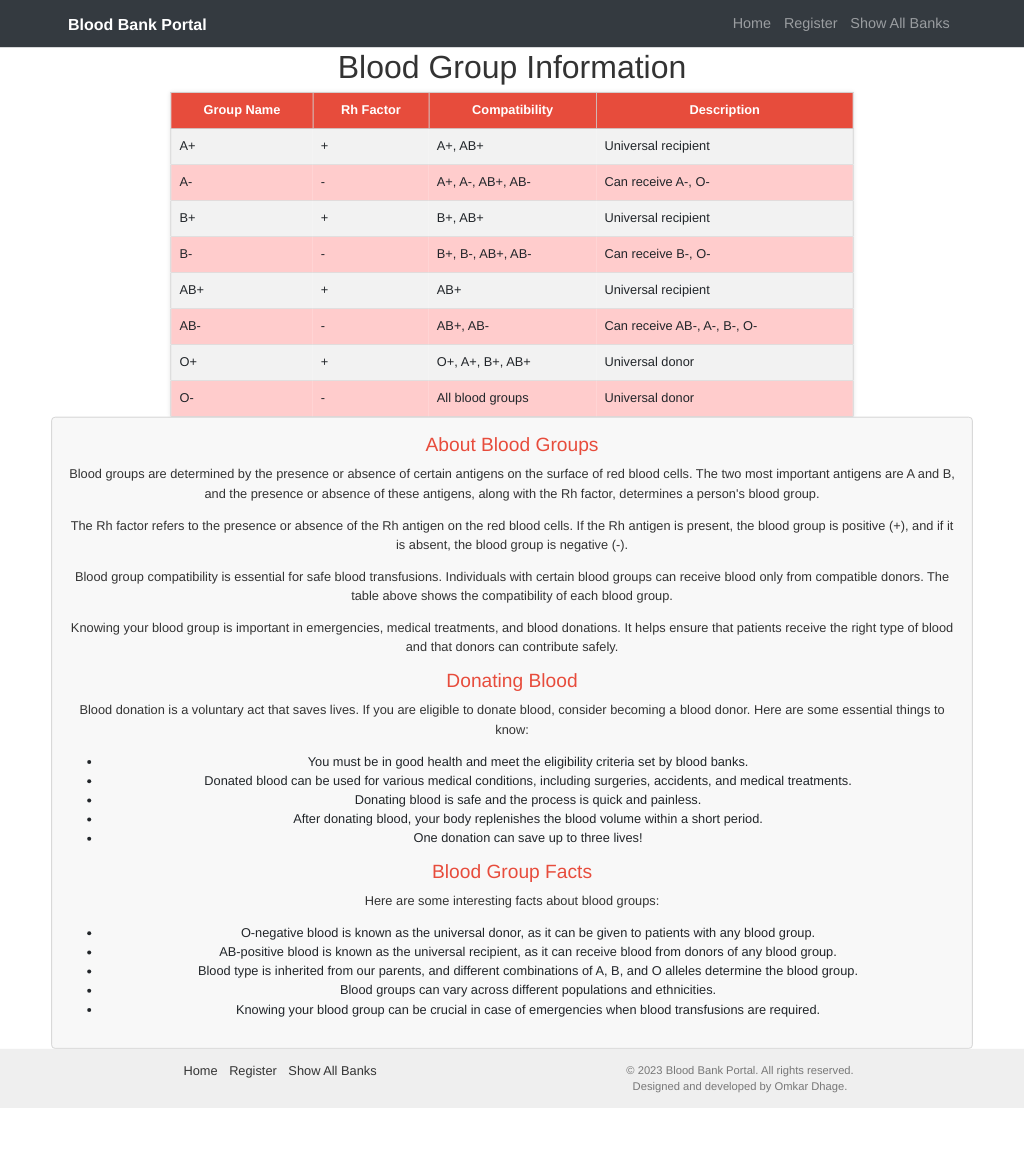
Repository: omi4535/Decentralized_Blood_Bank_System
Page: http://localhost/blood_bank_system/blood_groups_info.jsp
The author's editor kept a copy of each file at every save. The page is drawn from the files as they stood at one save, then again after the next save.
The browser window is 1280 px wide. The pictures show the whole page, at 80% of full size.
Some web libraries are served in a nearby version. The page is served by Tomcat 9. Other server files are loaded and not shown.

Above is the page before, as saved 2023-07-04 19:54:57.

### blood bank system/src/main/webapp/blood_groups_info.jsp
<%@ page language="java" contentType="text/html; charset=UTF-8"
	pageEncoding="UTF-8"%>
<!DOCTYPE html>
<html>
<head>
<title>Blood Group Information</title>
<style>
body {
	font-family: Arial, sans-serif;
	margin: 20px;
	background-color: #f2f2f2;
}

h1 {
	text-align: center;
	color: #333;
}

table {
	text-align: center;
	width: 66.67%;
	margin: auto;
	border-collapse: collapse;
	margin-top: 20px;
	background-color: #fff;
	box-shadow: 0 0 5px rgba(0, 0, 0, 0.1);
}

th, td {
	padding: 10px;
	text-align: left;
	border-bottom: 1px solid #ddd;
}

th {
	background-color: #f5f5f5;
	font-weight: bold;
	color: #333;
}

.info-section {
	margin-top: 30px;
	padding: 20px;
	background-color: #fff;
	box-shadow: 0 0 5px rgba(0, 0, 0, 0.1);
}

.info-section h2 {
	color: #333;
	margin-bottom: 10px;
}

.info-section p {
	color: #666;
	line-height: 1.5;
}

table {
	width: 66.67%;
	margin: 0 auto;
	border-collapse: collapse;
}

th {
	background-color: #E74C3C; /* Red color for table header */
	color: #FFFFFF; /* White text color for table header */
	text-align: center;
	padding: 10px;
	border: 1px solid #CCCCCC;
}

tr {
	background-color: #ffcccc;
	text-align: center;
	padding: 10px;
	border: 1px solid #CCCCCC;
	/* Light gray border color for table cells */
}

tr:nth-child(even) {
	background-color: #F2F2F2;
	/* Light gray background color for even rows */
}

tr:hover {
	background-color: #ff4d4d;
	/* Yellow background color for hover effect on rows */
}

.info-container {
	width: 90%;
	margin: 0 auto;
	text-align: center;
	background-color: #F8F8F8;
	padding: 20px;
	border: 1px solid #CCCCCC;
	border-radius: 5px;
}

.info-container h2 {
	color: #E74C3C;
	font-size: 24px;
	margin-bottom: 10px;
}

.info-container p {
	color: #333333;
	font-size: 16px;
	line-height: 1.5;
}
</style>
</head>
<body>
	<%@ include file="NavBar.jsp"%>
	<h1>Blood Group Information</h1>

	<table>
		<tr>
			<th>Group Name</th>
			<th>Rh Factor</th>
			<th>Compatibility</th>
			<th>Description</th>
		</tr>
		<tr>
			<td>A+</td>
			<td>+</td>
			<td>A+, AB+</td>
			<td>Universal recipient</td>
		</tr>
		<tr>
			<td>A-</td>
			<td>-</td>
			<td>A+, A-, AB+, AB-</td>
			<td>Can receive A-, O-</td>
		</tr>
		<tr>
			<td>B+</td>
			<td>+</td>
			<td>B+, AB+</td>
			<td>Universal recipient</td>
		</tr>
		<tr>
			<td>B-</td>
			<td>-</td>
			<td>B+, B-, AB+, AB-</td>
			<td>Can receive B-, O-</td>
		</tr>
		<tr>
			<td>AB+</td>
			<td>+</td>
			<td>AB+</td>
			<td>Universal recipient</td>
		</tr>
		<tr>
			<td>AB-</td>
			<td>-</td>
			<td>AB+, AB-</td>
			<td>Can receive AB-, A-, B-, O-</td>
		</tr>
		<tr>
			<td>O+</td>
			<td>+</td>
			<td>O+, A+, B+, AB+</td>
			<td>Universal donor</td>
		</tr>
		<tr>
			<td>O-</td>
			<td>-</td>
			<td>All blood groups</td>
			<td>Universal donor</td>
		</tr>
	</table>

	<div class="info-container">
		<h2>About Blood Groups</h2>
		<p>Blood groups are determined by the presence or absence of
			certain antigens on the surface of red blood cells. The two most
			important antigens are A and B, and the presence or absence of these
			antigens, along with the Rh factor, determines a person's blood
			group.</p>
		<p>The Rh factor refers to the presence or absence of the Rh
			antigen on the red blood cells. If the Rh antigen is present, the
			blood group is positive (+), and if it is absent, the blood group is
			negative (-).</p>
		<p>Blood group compatibility is essential for safe blood
			transfusions. Individuals with certain blood groups can receive blood
			only from compatible donors. The table above shows the compatibility
			of each blood group.</p>
		<p>Knowing your blood group is important in emergencies, medical
			treatments, and blood donations. It helps ensure that patients
			receive the right type of blood and that donors can contribute
			safely.</p>

		<h2>Donating Blood</h2>
		<p>Blood donation is a voluntary act that saves lives. If you are
			eligible to donate blood, consider becoming a blood donor. Here are
			some essential things to know:</p>
		<ul>
			<li>You must be in good health and meet the eligibility criteria
				set by blood banks.</li>
			<li>Donated blood can be used for various medical conditions,
				including surgeries, accidents, and medical treatments.</li>
			<li>Donating blood is safe and the process is quick and
				painless.</li>
			<li>After donating blood, your body replenishes the blood volume
				within a short period.</li>
			<li>One donation can save up to three lives!</li>
		</ul>
		<h2>Blood Group Facts</h2>
		<p>Here are some interesting facts about blood groups:</p>
		<ul>
			<li>O-negative blood is known as the universal donor, as it can
				be given to patients with any blood group.</li>
			<li>AB-positive blood is known as the universal recipient, as it
				can receive blood from donors of any blood group.</li>
			<li>Blood type is inherited from our parents, and different
				combinations of A, B, and O alleles determine the blood group.</li>
			<li>Blood groups can vary across different populations and
				ethnicities.</li>
			<li>Knowing your blood group can be crucial in case of
				emergencies when blood transfusions are required.</li>
		</ul>
	</div>
	<%@ include file="footer.jsp"%>
</body>
</html>

### blood bank system/src/main/webapp/NavBar.jsp
<%@ page language="java" contentType="text/html; charset=UTF-8"
    pageEncoding="UTF-8"%>
<!DOCTYPE html>
<html>
<head>
    <meta charset="UTF-8">
    <meta name="viewport" content="width=device-width, initial-scale=1.0">
    <title>Blood Bank Portal</title>
    <link rel="stylesheet" href="https://maxcdn.bootstrapcdn.com/bootstrap/4.5.2/css/bootstrap.min.css">
    <style>
        .navbar-brand {
            font-weight: bold;
        }

        .navbar-nav .nav-link {
            font-size: 18px;
        }
    </style>
</head>
<body>
    <nav class="navbar navbar-expand-lg navbar-dark bg-dark">
        <div class="container">
            <a class="navbar-brand" href="index.jsp">Blood Bank Portal</a>
            <button class="navbar-toggler" type="button" data-toggle="collapse" data-target="#navbarNav" aria-controls="navbarNav" aria-expanded="false" aria-label="Toggle navigation">
                <span class="navbar-toggler-icon"></span>
            </button>
            <div class="collapse navbar-collapse" id="navbarNav">
                <ul class="navbar-nav ml-auto">
                    <li class="nav-item">
                        <a class="nav-link" href="index.jsp">Home</a>
                    </li>
                    <li class="nav-item">
                        <a class="nav-link" href="registration.jsp">Register</a>
                    </li>
                    <li class="nav-item">
                        <a class="nav-link" href="/all_banks">Show All Banks</a>
                    </li>
                </ul>

            </div>
        </div>
    </nav>

</body>
</html>

### blood bank system/src/main/webapp/footer.jsp
<%@ page language="java" contentType="text/html; charset=UTF-8"
	pageEncoding="UTF-8"%>
<!DOCTYPE html>
<html lang="en">
<head>
<meta charset="UTF-8">
<meta name="viewport" content="width=device-width, initial-scale=1.0">
<title>Blood Bank Portal</title>
<link rel="stylesheet"
	href="https://maxcdn.bootstrapcdn.com/bootstrap/4.5.2/css/bootstrap.min.css">
<style>

*,
*:before,
*:after {
  -webkit-box-sizing: border-box;
  -moz-box-sizing:    border-box;
  box-sizing:         border-box;
}

html {
  height: 100%;
}

body {
  position: relative;
  margin: 0;
  padding-bottom: 4rem;
  min-height: 100%;
  font-family: "Helvetica Neue", Arial, sans-serif;
}

.footer {
	background-color: #f8f9fa;
	padding: 20px;
	position: relative;
	right: 0;
	bottom: 0;
	left: 0;
	padding: 1rem;
	background-color: #efefef;
	text-align: center;
}

.footer-links a {
	color: #333;
	margin-right: 10px;
}

.footer-info {
	color: #777;
	font-size: 14px;
}
</style>
</head>
<body>


	<footer class="footer">
		<div class="container">
			<div class="row">
				<div class="col-md-6">
					<div class="footer-links">
						<a href="index.jsp">Home</a>
						<a href="registration.jsp">Register</a>
						<a href="All_banks.jsp">Show All Banks</a>
					</div>
				</div>
				<div class="col-md-6">
					<div class="footer-info">
						&copy; 2023 Blood Bank Portal. All rights reserved. <br>
						Designed and developed by Omkar Dhage.
					</div>
				</div>
			</div>
		</div>
	</footer>

	<script src="https://code.jquery.com/jquery-3.5.1.slim.min.js"></script>
	<script
		src="https://cdn.jsdelivr.net/npm/@popperjs/core@1.16.0/dist/umd/popper.min.js"></script>
	<script
		src="https://maxcdn.bootstrapcdn.com/bootstrap/4.5.2/js/bootstrap.min.js"></script>
</body>
</html>

After the next save:
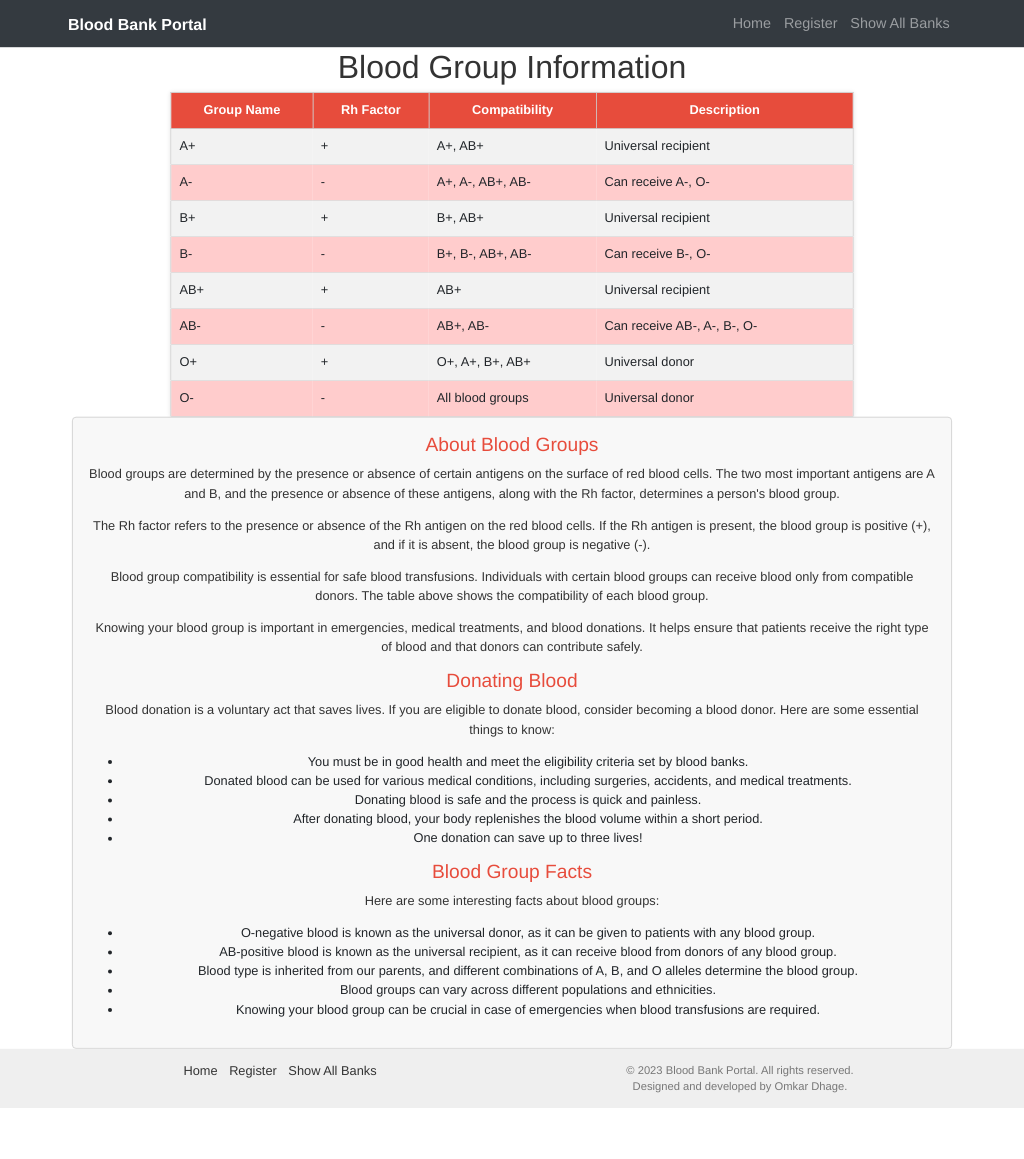
Saved 9 s later.
--- a/blood bank system/src/main/webapp/blood_groups_info.jsp
+++ b/blood bank system/src/main/webapp/blood_groups_info.jsp
@@ -88,7 +88,7 @@ tr:hover {
 }
 
 .info-container {
-	width: 90%;
+	width: 86%;
 	margin: 0 auto;
 	text-align: center;
 	background-color: #F8F8F8;
